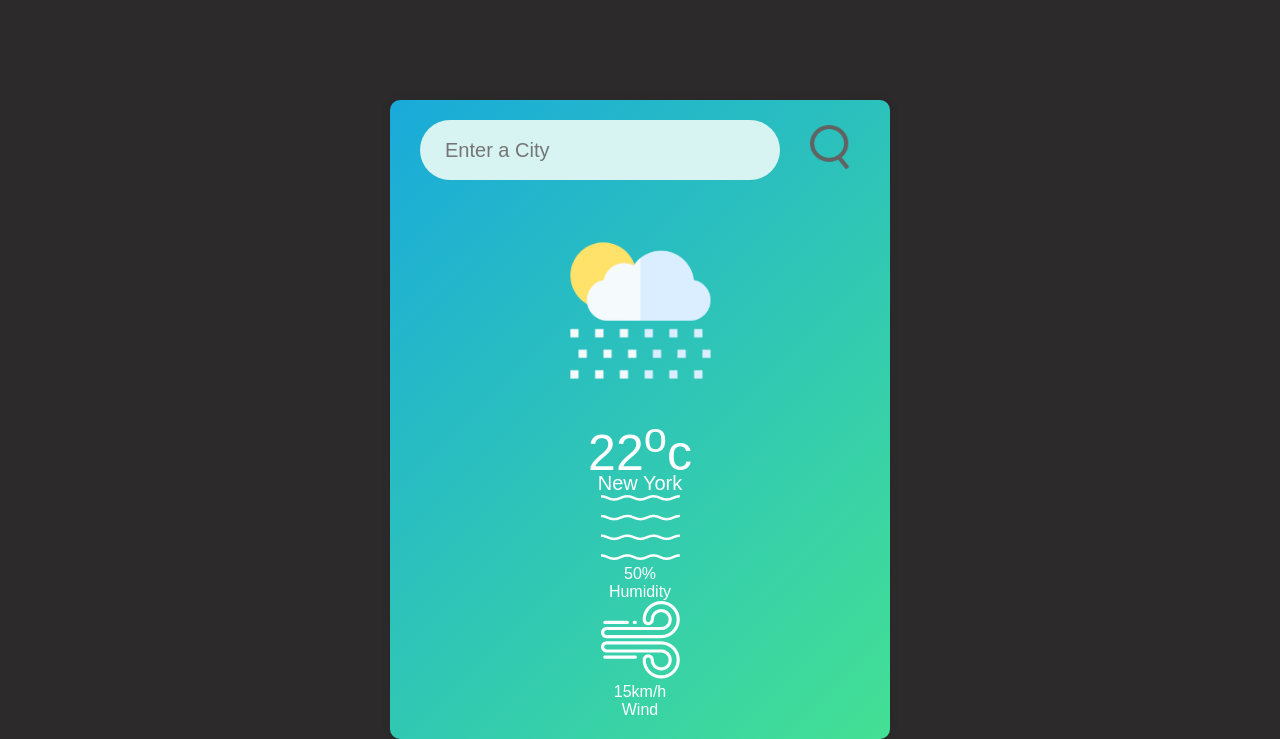
Repository: Haakim19/weatherApp
Page: index.html
An editor plug-in stored every save of this project. The page is shown before and after the next save, followed by the edit.
The browser window is 1280 px wide. The pictures show the whole page.

Above is the page before, as saved 2024-11-16 21:39:45.

After the next save:
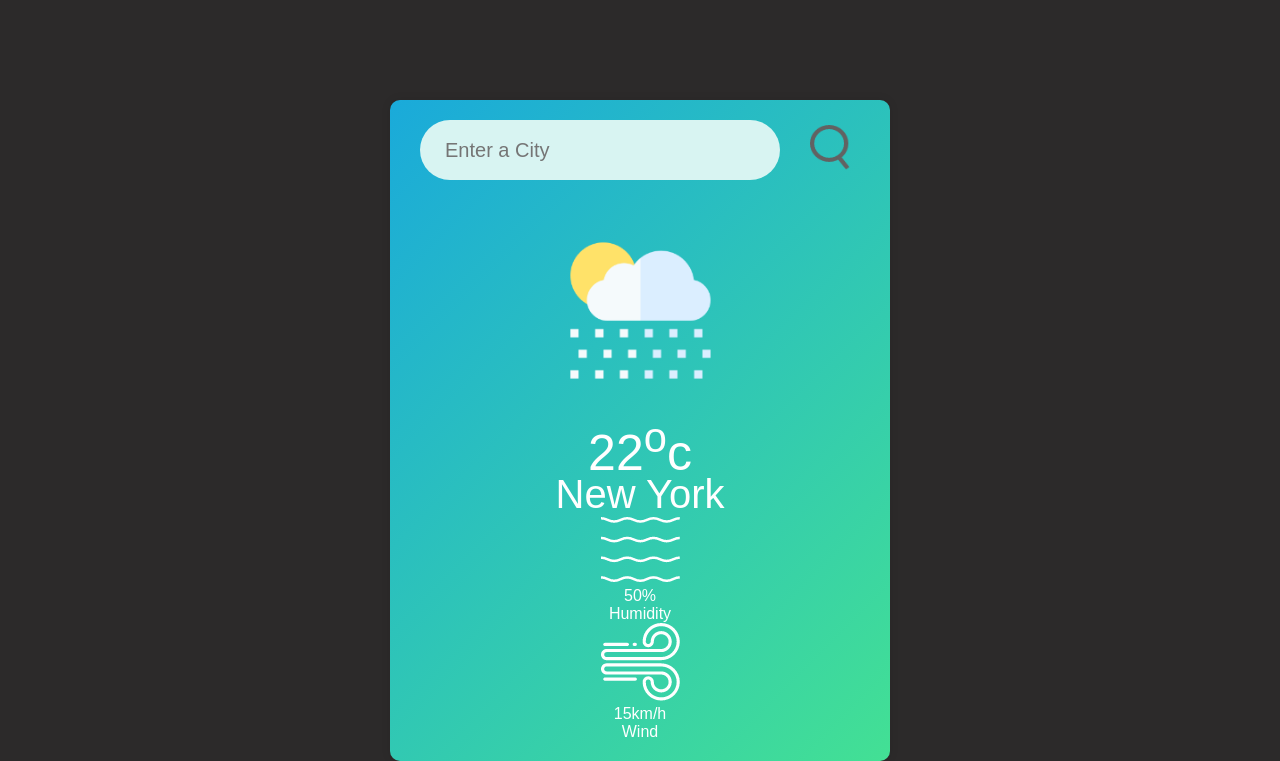
Saved 6 s later.
--- a/style.css
+++ b/style.css
@@ -61,7 +61,7 @@ body{
     font-weight: 500;
 }
 .weather h2{
-    font-size: 20px;
+    font-size: 40px;
     font-weight: 500;
     margin-top: -10px;
 }
